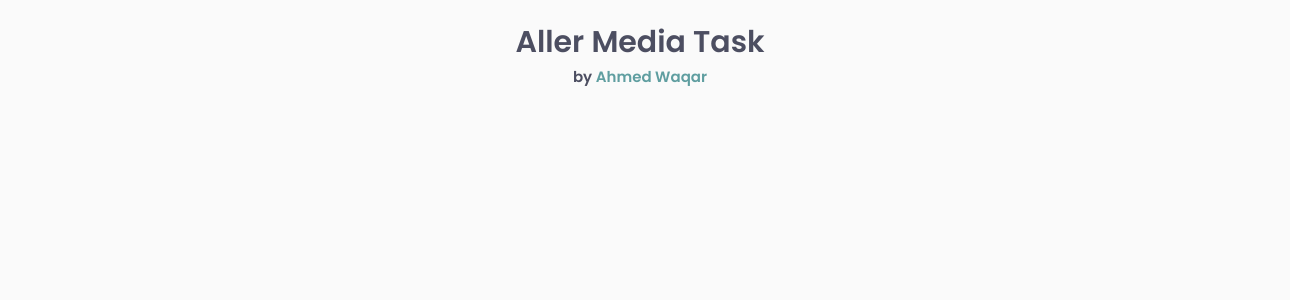
Repository: waqarmalyk/Back-to-front
Page: /
These files come from the project's save history. The page is drawn as it stood at one moment and after the next save; the edit follows.
The browser window is 1280 px wide. The page is 1290 px wide, so the pictures cover 1290 px, including what lies to the right of the window. The pictures show the whole page.
The page's requests for data from a server got no answer. The project was rebuilt for these pictures with package versions that can differ from the ones it lists, and the page was loaded fresh each time. No one was signed in, and anything a server would have sent is missing.

Above is the page before, as saved 2022-02-06 11:27:35.

After the next save:
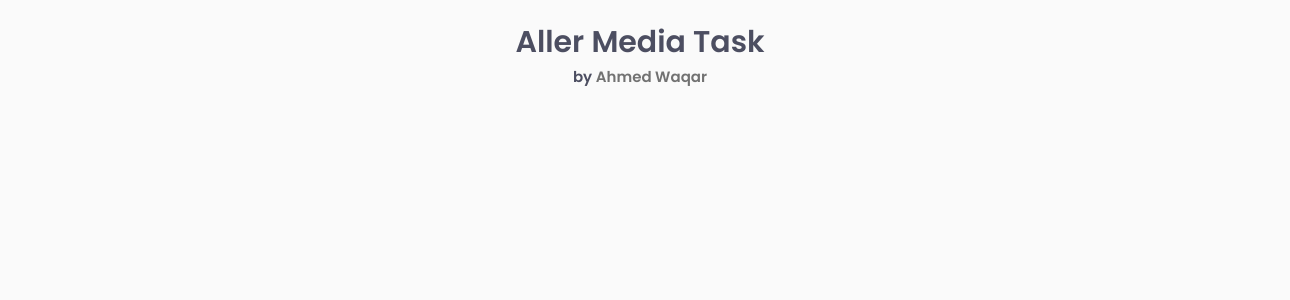
Saved 22 s later.
--- a/src/App.css
+++ b/src/App.css
@@ -30,7 +30,7 @@
 margin: -10px -10px
 }
 span{
-  color:cadetblue;
+  color:rgb(114, 114, 114);
 }
 span:hover{
   color: black;
